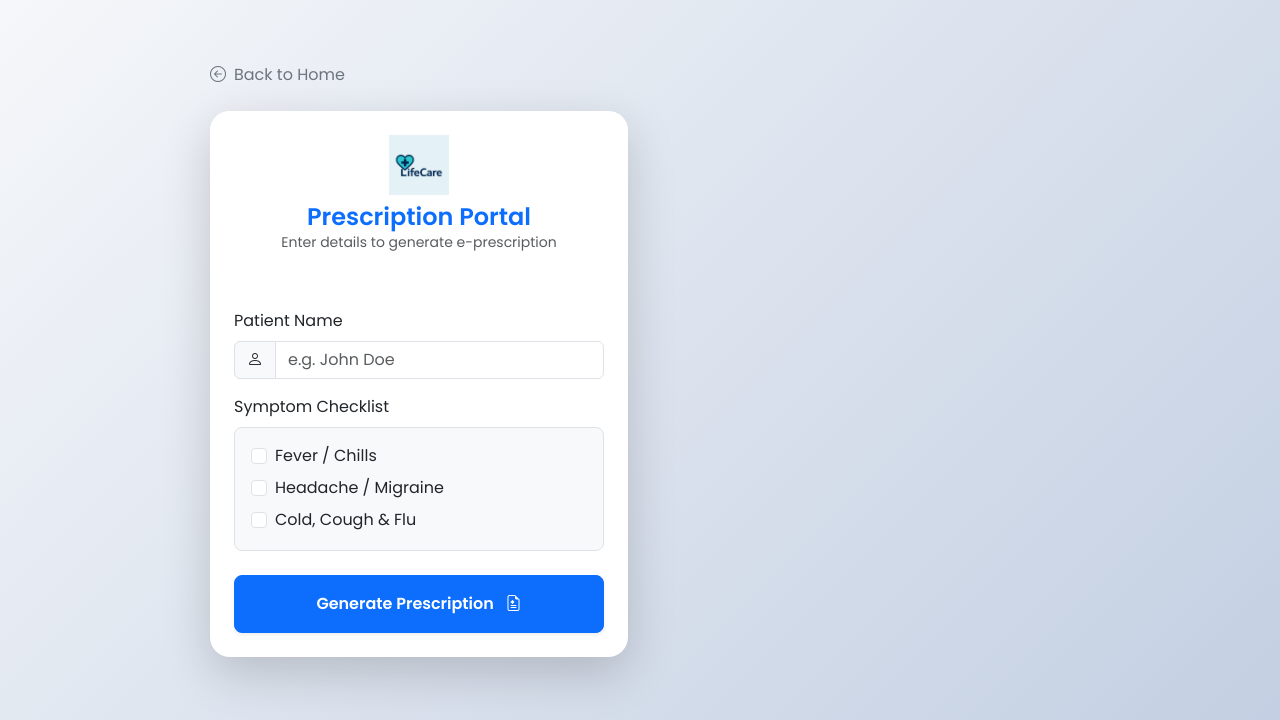
Repository: Rajasekaran0415/LifeCare-Management-System
Page: Project/prescription.html
These files come from the project's save history. The page is drawn as it stood at one moment and after the next save; the edit follows.
The browser window is 1280 px wide. The pictures show the whole page.

Above is the page before, as saved 2026-01-20 20:49:13.

After the next save:
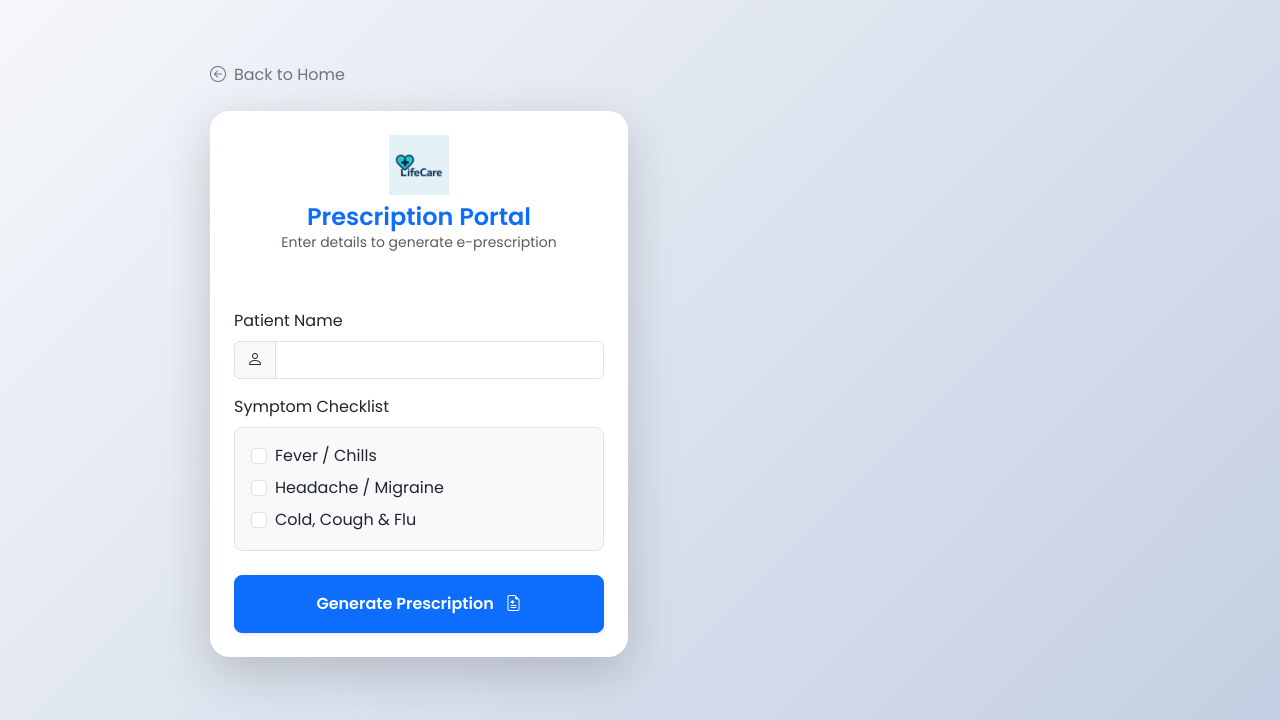
Saved 9 s later.
--- a/Project/prescription.html
+++ b/Project/prescription.html
@@ -84,7 +84,7 @@
                             <label class="form-label fw-600">Patient Name</label>
                             <div class="input-group">
                                 <span class="input-group-text bg-light"><i class="bi bi-person"></i></span>
-                                <input type="text" class="form-control" id="name" placeholder="e.g. John Doe" required>
+                                <input type="text" class="form-control" id="name"  required>
                             </div>
                         </div>
 
